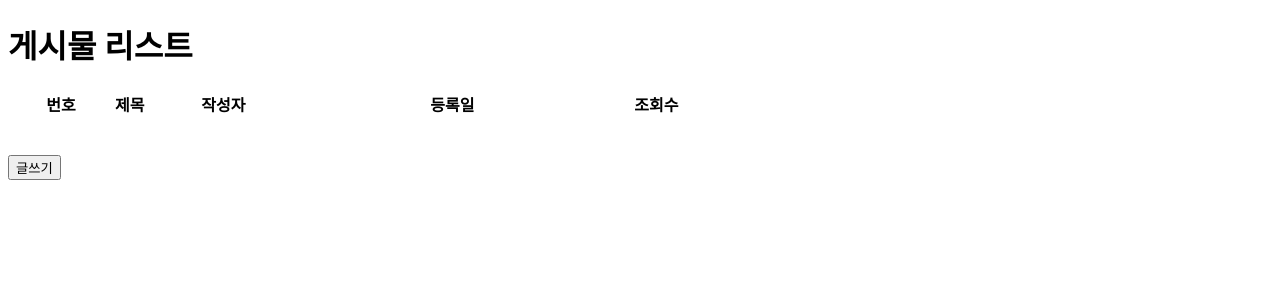
Repository: asaf0813/aisw
Page: http://localhost/model1/list.jsp
An editor plug-in stored every save of this project. The page is shown before and after the next save, followed by the edit.
The browser window is 1280 px wide. The pictures show the whole page.
The page is served by Tomcat 9. Other server files are loaded and not shown. Queries for data that is not in the repository find no rows.

Above is the page before, as saved 2019-10-04 08:06:09.

### java/이클립스/workspace/model1/model1/WebContent/list.jsp
<%@ page language="java" contentType="text/html; charset=UTF-8" pageEncoding="UTF-8"%>

<%@ page import="model1.vo.Board" %>
<%@ page import="model1.dao.BoardDAO" %>
<%@ page import="java.util.ArrayList" %>

<!DOCTYPE html>
<html>
   <head>
      <meta http-equiv="Content-Type" content="text/html; charset=UTF-8">
      <title>게시판 - 게시물 목록 조회 화면</title><!-- 윈도우 상단에 뜨는 내용입니다. -->
   </head>
   <body>
       <h1>게시물 리스트</h1>
       <table>
           <tr>
               <th width="100">번호</th>
               <th width="">제목</th>
               <th width="150">작성자</th>
               <th width="300">등록일</th>
               <th width="100">조회수</th>
           </tr>


         <%
            //게시판의 DataAccessObject(DAO) 객체 생성
            BoardDAO dao = new BoardDAO();
            //게시판 Object(객체) 선언
            Board vo = null;
            //게시판의 DataAccessObject(DAO)에 정의된 'getBoardList()' 메서드를 통해 => 게시물 정보 조회후, 받아오기
            ArrayList<Board> list = dao.getBoardList();

            for (int i=0; i < list.size(); i++) {  //초기값을 설정해주고 이 list의 행수 만큼 반복해서 중괄호 안에 있는 내용들이 반복들이 되서 소스가 나온다, 첫번째 array에 있는 것을 찾고 뽑아낸다 행수만큼
               vo = list.get(i);
         %>
               <tr>
                     <td align="center"><%= vo.getBoardId() %></td>
                     <td align="center"><a href="./view.jsp?boardId=<%= vo.getBoardId() %>"><%= vo.getTitle() %></a></td>
                     <td align="center"><%= vo.getCreater() %></td>
                     <td align="center"><%= vo.getCreateDate() %></td>
                     <td align="center"><%= vo.getReadCount() %></td>
               </tr>
         <%
            }
         %>


       </table>

       <br/><br/>

       <button onclick="window.location.href='/insert.jsp'">글쓰기</button>
   </body>
</html>

### java/이클립스/workspace/model1/model1/src/model1/dao/BoardDAO.java
package model1.dao;

import java.sql.Connection;
import java.sql.ResultSet;
import java.sql.SQLException;
import java.sql.Statement;
import java.util.ArrayList;

import model1.util.DBConnect;
import model1.vo.Board;

/*
 * DataAccessObject(DAO - 데이터 접근(ex)DB접근 후, 데이터 등록, 조회, 수정, 삭제)에 관련된 작업을 하는 Class)
 *
 * 데이터 접근에 대한 정의(ex)테이블의 생성, 수정, 삭제 / 데이터의 등록, 조회, 수정, 삭제)로직만 작성하는게 좋음
 * ex)가지고온 데이터를 가공
 */
public class BoardDAO {
//게시물 정보 조회
   public Board getBoardInfo(int boardId) {
      //게시물 vo 선언
      Board vo = null;

      //데이터 베이스 연결 Class 객체 생성
      DBConnect dbCon = new DBConnect();

      //데이터 베이스와 연결 및 관리 해주는 객체
      Connection con = dbCon.getConnection();
      //SQL문 실행을 도와주는 객체
      Statement stmt = null;
      //SQL문의 결과 값을 받는 객체
      ResultSet rs = null;  // matrix형태로 받는다라고 비슷한뜻

      try {
           //SQL문 실행을 도와주는, 객체를 생성하는 메서드 호출
           stmt = con.createStatement();

           //SQL문 작성
         String sql = "   SELECT  , title, contents, creater, DATE_FORMAT(create_date, '%Y-%m-%d %p %h시 %i분') AS create_date, updater, DATE_FORMAT(update_date, '%Y-%m-%d %p %h시 %i분') AS update_date, read_count FROM board WHERE board_id = " + boardId;
           /*
           String sql = ""
                 + "   SELECT"
                 + "      board_id"
                 + "      , title"
                 + "      , contents"
                 + "      , creater"
                 + "      , DATE_FORMAT(create_date, '%Y-%m-%d %p %h시 %i분') AS create_date"
                 + "      , updater"
                 + "      , DATE_FORMAT(update_date, '%Y-%m-%d %p %h시 %i분') AS update_date"
                 + "      , read_count"
                 + "   FROM"
                 + "      board"
                 + "   WHERE"
                 + "      board_id = " + boardId;
           */
         System.out.println(sql);

         //SQL문 실행 및 결과값 반환
         rs = stmt.executeQuery(sql);

         //결과값이 1개의 행일 때, 데이터가 존재하는지 확인
         if (rs.next()){
             vo = new Board();
             vo.setBoardId(rs.getInt("board_id"));
             vo.setTitle(rs.getString("title"));
             vo.setContents(rs.getString("contents"));
             vo.setCreater(rs.getString("creater"));
             vo.setCreateDate(rs.getString("create_date"));
             vo.setUpdater(rs.getString("updater"));
             vo.setUpdateDate(rs.getString("update_date"));
             vo.setReadCount(rs.getInt("read_count"));
          }

       } catch (Exception e) {
          System.out.println("MariaDB Connection Something Problem.(MariaDB 연결에 뭔가 문제가 생긴 것 같다.)");
          System.out.println(e.getMessage());
           e.printStackTrace();
       } finally {
          //데이터 베이스 연결 종료하기
          if (con != null) {
             dbCon.disposeConn(con);
          }
       }

      return vo;
   }

   //게시물 목록 조회
   public ArrayList<Board> getBoardList() {
      //게시물 vo 선언
      Board vo = null;
      //게시물 목록을 저장할 List객체 생성 => 목록은 목록인데, 목록 내부의 행의 형태는 Board(vo) 형태, 타입을 미리 명시하여 객체의 형변환을 사용할 필요없게 함
      ArrayList<Board> arr = new ArrayList<Board>();

       //데이터 베이스 연결 Class 객체 생성
      DBConnect dbCon = new DBConnect();

      //데이터 베이스와 연결 및 관리 해주는 객체
      Connection con = dbCon.getConnection();
      //SQL문 실행을 도와주는 객체
      Statement stmt = null;
      //SQL문의 결과 값을 받는 객체
      ResultSet rs = null;

       try {
          //SQL문 실행을 도와주는, 객체를 생성하는 메서드 호출
           stmt = con.createStatement();

           //SQL문 작성
           String sql = "   SELECT board_id, title, contents, creater, DATE_FORMAT(create_date, '%Y-%m-%d %p %h시 %i분') AS create_date, updater, DATE_FORMAT(update_date, '%Y-%m-%d %p %h시 %i분') AS update_date, read_count FROM board";
           /*
           String sql = ""
                 + "   SELECT"
                 + "      board_id"
                 + "      , title"
                 + "      , contents"
                 + "      , creater"
                 + "      , DATE_FORMAT(create_date, '%Y-%m-%d %p %h시 %i분') AS create_date"
                 + "      , updater"
                 + "      , DATE_FORMAT(update_date, '%Y-%m-%d %p %h시 %i분') AS update_date"
                 + "      , read_count"
                 + "   FROM"
                 + "      board";
           */
           System.out.println(sql);

           //SQL문 실행 및 결과값 반환
           rs = stmt.executeQuery(sql);

           //결과값이 목록형태일때, 반복문을 써서 1행씩 받아옴
           while(rs.next()){
              vo = new Board();
              vo.setBoardId(rs.getInt("board_id"));
              vo.setTitle(rs.getString("title"));
              vo.setContents(rs.getString("contents"));
              vo.setCreater(rs.getString("creater"));
              vo.setCreateDate(rs.getString("create_date"));
              vo.setUpdater(rs.getString("updater"));
              vo.setUpdateDate(rs.getString("update_date"));
              vo.setReadCount(rs.getInt("read_count"));

              arr.add(vo);
           }
       } catch (Exception e) {
          System.out.println("MariaDB Connection Something Problem.(MariaDB 연결에 뭔가 문제가 생긴 것 같다.)");
          System.out.println(e.getMessage());
           e.printStackTrace();
       } finally {
          //데이터 베이스 연결 종료하기
          if (con != null) {
             dbCon.disposeConn(con);
          }
       }

      return arr;
   }

   //게시물 등록
   public void insertBoard(Board vo) {
      //데이터 베이스 연결 Class 객체 생성
      DBConnect dbCon = new DBConnect();

      //데이터 베이스와 연결 및 관리 해주는 객체
      Connection con = dbCon.getConnection();
      //SQL문 실행을 도와주는 객체
      Statement stmt = null;

      try {
         //SQL문 실행을 도와주는, 객체를 생성하는 메서드 호출
         stmt = con.createStatement();

         //SQL문 작성
         String sql = ""
               + "   INSERT INTO board (board_id, title, contents, creater, create_date, read_count)"
               + "   VALUE ((SELECT IFNULL(MAX(b.board_id), 0) + 1 FROM board b), '" + vo.getTitle() + "', '" + vo.getContents() + "', '" + vo.getCreater() + "', NOW(), 0)";
         /*
         String sql = ""
               + "   INSERT INTO"
               + "      board ("
               + "         board_id"
               + "         , title"
               + "         , contents"
               + "         , creater"
               + "         , create_date"
               + "         , read_count"
               + "      )"
               + "   VALUE"
               + "      ("
               + "         (SELECT IFNULL(MAX(b.board_id), 0) + 1 FROM board b)"
               + "         , '" + vo.getTitle() + "'"
               + "         , '" + vo.getContents() + "'"
               + "         , '" + vo.getCreater() + "'"
               + "         , NOW()"
               + "         , 0"
               + "      )";
         */
         System.out.println(sql);

         //SQL문 실행
         stmt.executeQuery(sql);
      } catch (SQLException e) {
         // TODO Auto-generated catch block
         e.printStackTrace();
      } finally {
          //데이터 베이스 연결 종료하기
          if (con != null) {
             dbCon.disposeConn(con);
          }
       }
   }

   //게시물 수정
   public void updateBoard(Board vo) {
      //데이터 베이스 연결 Class 객체 생성
      DBConnect dbCon = new DBConnect();

      //데이터 베이스와 연결 및 관리 해주는 객체
      Connection con = dbCon.getConnection();
      //SQL문 실행을 도와주는 객체
      Statement stmt = null;
      try {
         //SQL문 실행을 도와주는, 객체를 생성하는 메서드 호출
         stmt = con.createStatement();

         //SQL문 작성
         String sql = "   UPDATE board SET title = '" + vo.getTitle() + "', contents = '" + vo.getContents() + "', updater = '" + vo.getUpdater() + "', update_date = NOW() WHERE board_id = " + vo.getBoardId();
         /*
         String sql = ""
               + "   UPDATE"
               + "      board"
               + "   SET"
               + "      title = '" + vo.getTitle() + "'"
               + "      , contents = '" + vo.getContents() + "'"
               + "      , updater = '" + vo.getUpdater() + "'"
               + "      , update_date = NOW()"
               + "   WHERE"
               + "      board_id = " + vo.getBoardId();
         */
         System.out.println(sql);

         //SQL문 실행
         stmt.executeQuery(sql);
      } catch (SQLException e) {
         // TODO Auto-generated catch block
         e.printStackTrace();
      }
   }

   //게시물 삭제
   public void deleteBoard(int boardId) {
      //데이터 베이스 연결 Class 객체 생성
      DBConnect dbCon = new DBConnect();

      //데이터 베이스와 연결 및 관리 해주는 객체
      Connection con = dbCon.getConnection();
      //SQL문 실행을 도와주는 객체
      Statement stmt = null;
      try {
         //SQL문 실행을 도와주는, 객체를 생성하는 메서드 호출
         stmt = con.createStatement();

         //SQL문 작성
         String sql = "   DELETE FROM board WHERE board_id = " + boardId;
         /*
         String sql = ""
               + "   DELETE"
               + "   FROM"
               + "      board"
               + "   WHERE"
               + "      board_id = " + boardId;
         */

         System.out.println(sql);

         //SQL문 실행
         stmt.executeQuery(sql);
      } catch (SQLException e) {
         // TODO Auto-generated catch block
         e.printStackTrace();
      } finally {
          //데이터 베이스 연결 종료하기
          if (con != null) {
             dbCon.disposeConn(con);
          }
       }
   }

   //조회수 업데이터
   public void readCountUpdate(int boardId) {
      //데이터 베이스 연결 Class 객체 생성
      DBConnect dbCon = new DBConnect();

      //데이터 베이스와 연결 및 관리 해주는 객체
      Connection con = dbCon.getConnection();
      //SQL문 실행을 도와주는 객체
      Statement stmt = null;
      try {
         //SQL문 실행을 도와주는, 객체를 생성하는 메서드 호출
         stmt = con.createStatement();

         //SQL문 작성
         String sql = "   UPDATE board SET read_count = read_count + 1 WHERE board_id = " + boardId;
         /*
         String sql = ""
               + "   UPDATE"
               + "      board"
               + "   SET"
               + "      read_count = read_count + 1"
               + "   WHERE"
               + "      board_id = " + boardId;
         */
         System.out.println(sql);

         //SQL문 실행
         stmt.executeQuery(sql);
      } catch (SQLException e) {
         // TODO Auto-generated catch block
         e.printStackTrace();
      } finally {
          //데이터 베이스 연결 종료하기
          if (con != null) {
             dbCon.disposeConn(con);
          }
       }
   }
}

### java/이클립스/workspace/model1/model1/src/model1/util/DBConnect.java
package model1.util;

import java.sql.Connection;
import java.sql.DriverManager;
import java.sql.SQLException;

public class DBConnect {
   //데이터 베이스와 연결 및 관리 해주는 class(객체)
   Connection conn;
   //String url = "jdbc:oracle:thin:@localhost:1521:xe";//오라클.ver
   String url = "jdbc:mariadb://localhost:3306/edu";//mariadb.ver
   String userid = "edu";//DBMS접속 ID
   String passwd = "1234";//DBMS접속 PW

   public Connection getConnection() {//연결 메서드
      System.out.println("url:::"+url);//Consol에서 확인하기 위해 사용
      System.out.println("userid:::"+userid);//Consol에서 확인하기 위해 사용
      System.out.println("passwd:::"+passwd);//Consol에서 확인하기 위해 사용
       try {
          //Class.forName("oracle.jdbc.driver.OracleDriver");//오라클.ver (우리가 추가한 jdbc에서 oracle driver을 실행시키는것)
          Class.forName("org.mariadb.jdbc.Driver");//mariadb.ver
          conn = DriverManager.getConnection(url,userid,passwd);//DB연결을 위한 URL, DB접속을 위한 ID와 PW를 담아줌
          System.out.println("MariaDB 서버에 연결 성공");//Consol에서 확인하기 위해 사용
       } catch(SQLException e1) {//오류발생시
          System.out.println(e1 + " : 연결 실패");//Consol에서 확인하기 위해 사용
       } catch(ClassNotFoundException e2) {//오류발생시
          System.out.println(e2 + " : 드라이버 로딩 실패?");//Consol에서 확인하기 위해 사용
       }
       return conn;
   }
   public void disposeConn(Connection conn) {//연결 해제 메서드
      try {
         conn.close();//작업이 끝나고 나면 반드시 닫아주어야 한다. 그렇지 않으면 서버의 리소스를 계속 낭비하는 문제가 발생
         System.out.println("오라클 서버에 연결 해제");//Consol에서 확인하기 위해 사용
      }
      catch (SQLException e) {//오류 발생시
         e.printStackTrace();//에러 메세지의 발생 근원지를 찾아서 단계별로 에러를 출력
      }
   }
}

After the next save:
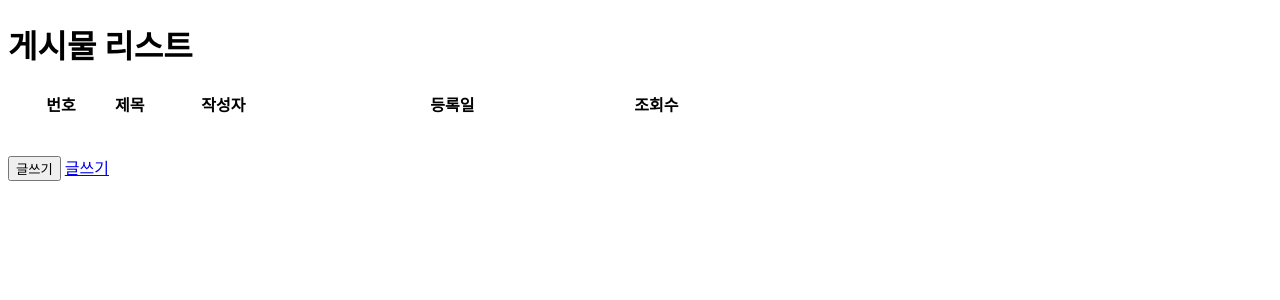
Saved 3 min 45 s later.
--- a/java/이클립스/workspace/model1/model1/WebContent/list.jsp
+++ b/java/이클립스/workspace/model1/model1/WebContent/list.jsp
@@ -50,5 +50,6 @@
        <br/><br/>
 
        <button onclick="window.location.href='/insert.jsp'">글쓰기</button>
+       <a href = "/insert.jsp">글쓰기</a>
    </body>
 </html>
